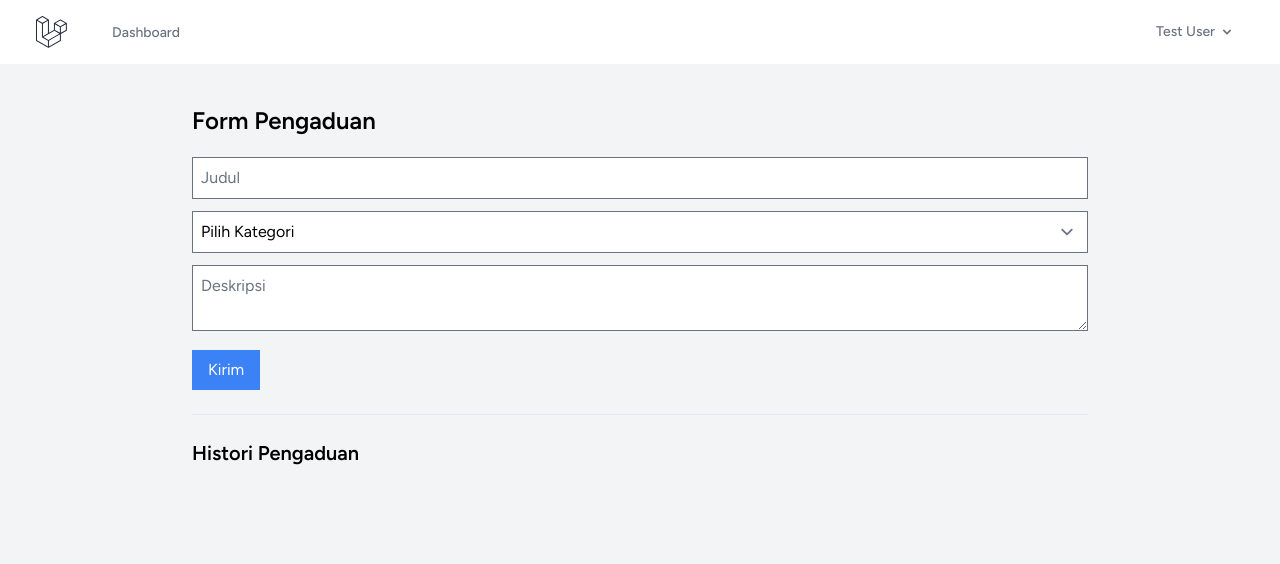
Repository: ikhwan1227/sistem-pengaduan-sekolah
Page: http://localhost/complaint
An editor plug-in stored every save of this project. The page is shown before and after the next save, followed by the edit.
The browser window is 1280 px wide. The pictures show the whole page.
The page is served by the project's Laravel application, run on PHP 8.4 with Laravel 12. A made-up administrator, Test User (test@example.com), is signed in. Style sheets and scripts are compiled from the project's sources, by tool versions that may differ from the author's. Queries for data that is not in the repository find no rows.

Above is the page before, as saved 2026-04-09 15:57:24.

After the next save:
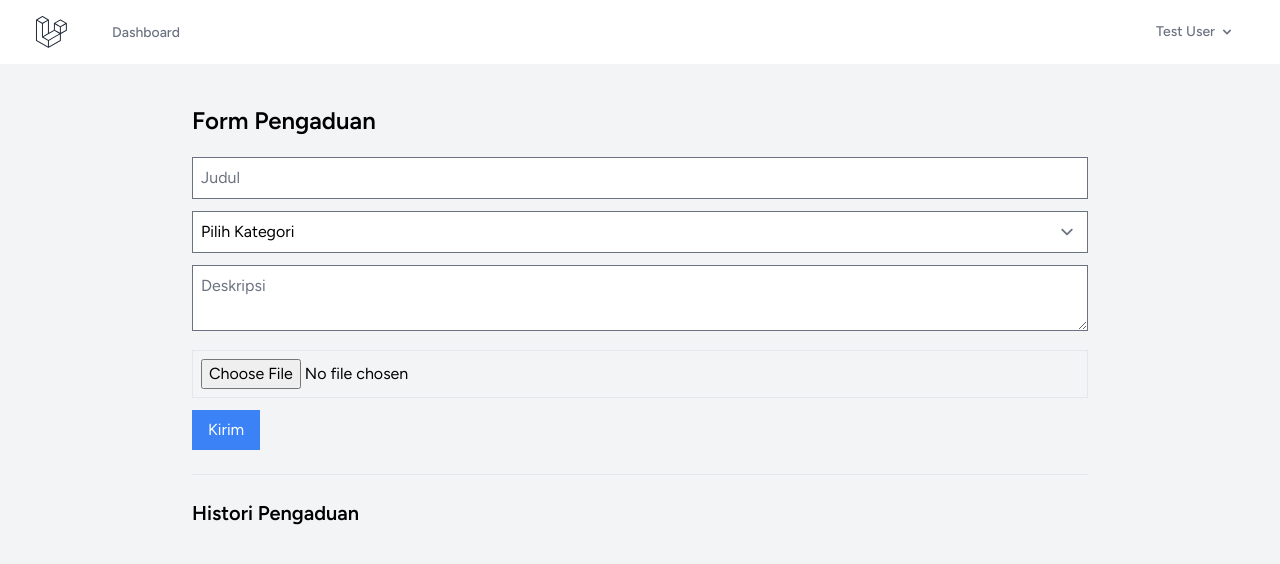
Saved 2 min 19 s later.
--- a/resources/views/complaint/index.blade.php
+++ b/resources/views/complaint/index.blade.php
@@ -9,19 +9,22 @@
         </div>
     @endif
 
-    <form method="POST" action="/complaint">
+    <form method="POST" action="/complaint" enctype="multipart/form-data">  <!-- Tambahkan enctype -->
         @csrf
 
         <input type="text" name="judul" placeholder="Judul" class="w-full border p-2 mb-3" required>
 
-        <select name="category_id"class="w-full border p-2 mb-3">
+        <select name="category_id" class="w-full border p-2 mb-3" required>
             <option value="">Pilih Kategori</option>
             @foreach($categories as $c)
                 <option value="{{ $c->id }}">{{ $c->nama_kategori }}</option>
             @endforeach
         </select>
 
-        <textarea name="deskripsi" placeholder="Deskripsi" class="w-full border p-2 mb-3"></textarea>
+        <textarea name="deskripsi" placeholder="Deskripsi" class="w-full border p-2 mb-3" required></textarea>
+
+        <!-- TAMBAHKAN INPUT FILE INI -->
+        <input type="file" name="image" accept="image/*" class="w-full border p-2 mb-3">
 
         <button class="bg-blue-500 text-white px-4 py-2">Kirim</button>
     </form>
